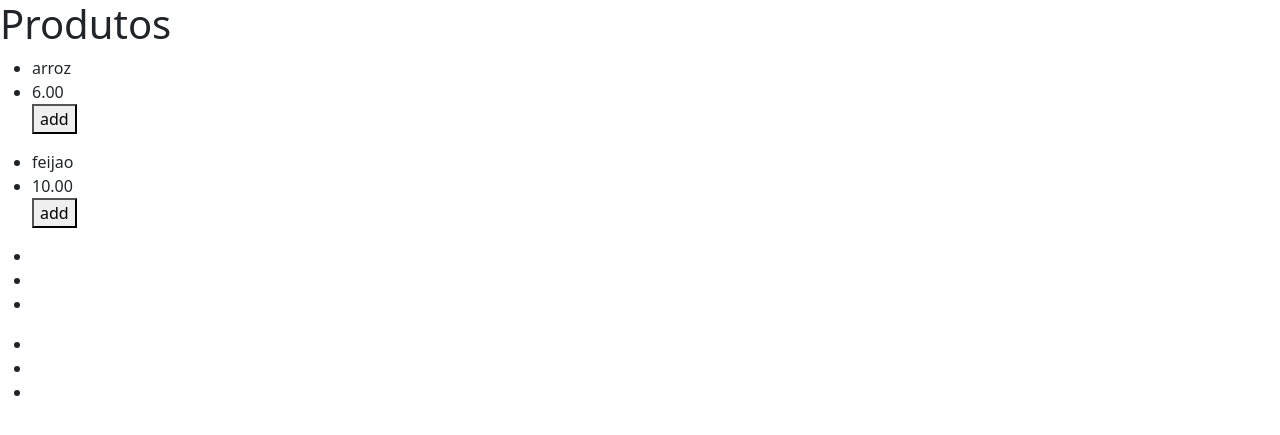
Repository: joaobatistafrontend/test-venda
Page: http://localhost/
These files come from the project's save history. The page is drawn as it stood at one moment and after the next save; the edit follows.
The browser window is 1280 px wide. The pictures show the whole page.
The page is served by the project's application, run on Django 4.2 (manage.py). Other server files are loaded and not shown. The page reads the database file committed with the project.

Above is the page before, as saved 2024-09-22 01:33:48.

### templates/index.html
<!DOCTYPE html>
<html lang="en">
<head>
    <meta charset="UTF-8">
    <meta name="viewport" content="width=device-width, initial-scale=1.0">
    <title>Document</title>
    <link href="https://cdn.jsdelivr.net/npm/bootstrap@5.3.3/dist/css/bootstrap.min.css" rel="stylesheet" integrity="sha384-QWTKZyjpPEjISv5WaRU9OFeRpok6YctnYmDr5pNlyT2bRjXh0JMhjY6hW+ALEwIH" crossorigin="anonymous">
</head>
<body>
    <h1>Produtos</h1>
    <div id="custom-alert" style="display: none; position: fixed; top: 20px; right: 20px; background-color: #4CAF50; color: white; padding: 15px; border-radius: 5px; z-index: 1000;"></div>

    {% for p in produtos %}
        <ul>
            <li>{{ p.nome }}</li>
            <li>{{ p.valor }}</li>

            <form action="{% url 'adicionar_ao_carrinho' p.id %}" method="post" style="display: inline;" class="add-to-cart-form" id="form-{{ produto.id }}">
                {% csrf_token %}
                <button type="submit" class="btn-default add-to-cart-btn">
                    add
                </button>

            </form>
        </ul>
    {% endfor %}
    {% for p in carinho %}
        <ul>
            <li>{{ p.nome }}</li>
            <li>{{ p.valor }}</li>
            <li>{{ p.valor }}</li>
        </ul>
    {% endfor %}
</body>
</html>

### core/models.py
from django.db import models
from django.db.models import Max
from decimal import Decimal
from django.db.models.signals import pre_save
from django.dispatch import receiver
from datetime import date
from django.utils import timezone


class NovaCategoria(models.Model):
    nome = models.CharField(max_length=100)
    def __str__(self) -> str:
        return f'{self.nome}'


class Produto(models.Model):
    nome = models.CharField(max_length=100, blank=True, null=True)
    valor = models.DecimalField(max_digits=10, decimal_places=2, blank=True, null=True)
    tipo_categoria = models.ForeignKey(NovaCategoria, on_delete=models.CASCADE)

    def __str__(self):
        return f"{self.nome} x {self.valor}"


class ItemDoCarrinho(models.Model):
    produto = models.ForeignKey(Produto, on_delete=models.CASCADE)
    quantidade = models.PositiveIntegerField(default=0)
    preco_total = models.DecimalField(max_digits=10, decimal_places=2, null=True, blank=True)

    def save(self, *args, **kwargs):
        # Calcula o preço total do item no carrinho com base no valor do produto
        self.preco_total = self.produto.valor * self.quantidade
        super(ItemDoCarrinho, self).save(*args, **kwargs)

    def __str__(self):
        return f"{self.quantidade} x {self.produto.nome}"

class Carrinho(models.Model):

    produto = models.ForeignKey(Produto, on_delete=models.CASCADE)
    quantidade = models.IntegerField(default=1)

    def save(self, *args, **kwargs):
        # Calcula o preço total do item no carrinho com base no valor do produto
        self.preco_total = self.produto.valor * self.quantidade
        super(Carrinho, self).save(*args, **kwargs)

    def __str__(self):
        return f"{self.quantidade} x {self.produto.nome}"


class Venda(models.Model):
    numero_venda = models.IntegerField()  # Número da venda por empresa
    data_venda = models.DateField(default=date.today)  # Data da venda

    def __str__(self):
        return f"Venda #{self.numero_venda} - {self.data_venda}"

class VendaDoProduto(models.Model):
    venda = models.ForeignKey(Venda, on_delete=models.CASCADE, related_name='itens', blank=True, null=True)
    produto = models.ForeignKey(Produto, on_delete=models.CASCADE)
    qtd = models.IntegerField(blank=True, null=True)
    data_venda = models.DateField()  # Remova auto_now_add=True
    total = models.DecimalField(max_digits=10, decimal_places=2, blank=True, null=True)

    def __str__(self):
        return f"Venda {self.venda} - Produto {self.produto.nome} - {self.qtd} unidades - Total: R${self.total} - Data {self.data_venda}"




# Função que será chamada antes de salvar uma instância de VendaDoProduto
@receiver(pre_save, sender=VendaDoProduto)
def update_total(sender, instance, **kwargs):
    # Verifica se o produto e a quantidade não são nulos e calcula o total
    if instance.produto.valor and instance.qtd:
        instance.total = instance.produto.valor * instance.qtd
    else:
        instance.total = 0  # Define total como 0 se valor ou qtd forem nulos

### core/views.py
from typing import Any
from django.http.response import HttpResponse as HttpResponse
from django.shortcuts import render
from .models import *
from django.views.generic import TemplateView
from django.shortcuts import render
from django.views.generic import TemplateView,CreateView,View,ListView,UpdateView,DeleteView
from django.shortcuts import render,redirect,HttpResponse
from django.urls import reverse_lazy
from django.dispatch import receiver
from django.contrib import messages
from django.shortcuts import render, get_object_or_404
from decimal import Decimal
from urllib.parse import urlencode
from django.http import HttpRequest
from django.db.models import Q

class IndexView(TemplateView):
    template_name = 'index.html'
    def get(self, request):
        produtos = Produto.objects.all()
        carinho =  ItemDoCarrinho.objects.all()

        return render(request, self.template_name, {'produtos':produtos, 'carinho': carinho})



def adicionar_ao_carrinho(request, produto_id):
    if request.method == 'POST':
        produto = get_object_or_404(Produto, pk=produto_id)

        # Verifica se já existe um item do carrinho para este produto
        item, created = ItemDoCarrinho.objects.get_or_create(produto=produto, defaults={'quantidade': 0})

        # Se o item já existe, incrementa a quantidade
        if not created:
            item.quantidade += 1
        else:
            item.quantidade = 1  # Se o item foi criado agora, inicializa a quantidade como 1

        # Calcula o preço total do item no carrinho com base no valor do produto
        item.preco_total = item.quantidade * produto.valor
        item.save()
        return redirect('index')
    else:
        return redirect('index')

### venda/urls.py
"""
URL configuration for venda project.

The `urlpatterns` list routes URLs to views. For more information please see:
    https://docs.djangoproject.com/en/4.2/topics/http/urls/
Examples:
Function views
    1. Add an import:  from my_app import views
    2. Add a URL to urlpatterns:  path('', views.home, name='home')
Class-based views
    1. Add an import:  from other_app.views import Home
    2. Add a URL to urlpatterns:  path('', Home.as_view(), name='home')
Including another URLconf
    1. Import the include() function: from django.urls import include, path
    2. Add a URL to urlpatterns:  path('blog/', include('blog.urls'))
"""
from django.contrib import admin
from django.urls import path, include

urlpatterns = [
    path('admin/', admin.site.urls),
    path('', include('core.urls')),
]

### core/urls.py
from django.urls import path
from .views import *
urlpatterns = [
    path('', IndexView.as_view(), name='index'),
    path('adicionar/<int:produto_id>/', adicionar_ao_carrinho, name='adicionar_ao_carrinho'),

]

### db.sqlite3 (the tables this page reads, as SQL)
CREATE TABLE "core_itemdocarrinho" ("id" integer NOT NULL PRIMARY KEY AUTOINCREMENT, "quantidade" integer unsigned NOT NULL CHECK ("quantidade" >= 0), "preco_total" decimal NULL, "produto_id" bigint NOT NULL REFERENCES "core_produto" ("id") DEFERRABLE INITIALLY DEFERRED);
INSERT INTO "core_itemdocarrinho" VALUES
(26, 2, 12, 1),
(27, 3, 30, 2);

CREATE TABLE "core_produto" ("id" integer NOT NULL PRIMARY KEY AUTOINCREMENT, "nome" varchar(100) NULL, "valor" decimal NULL, "tipo_categoria_id" bigint NOT NULL REFERENCES "core_novacategoria" ("id") DEFERRABLE INITIALLY DEFERRED);
INSERT INTO "core_produto" VALUES
(1, 'arroz', 6, 1),
(2, 'feijao', 10, 1);

After the next save:
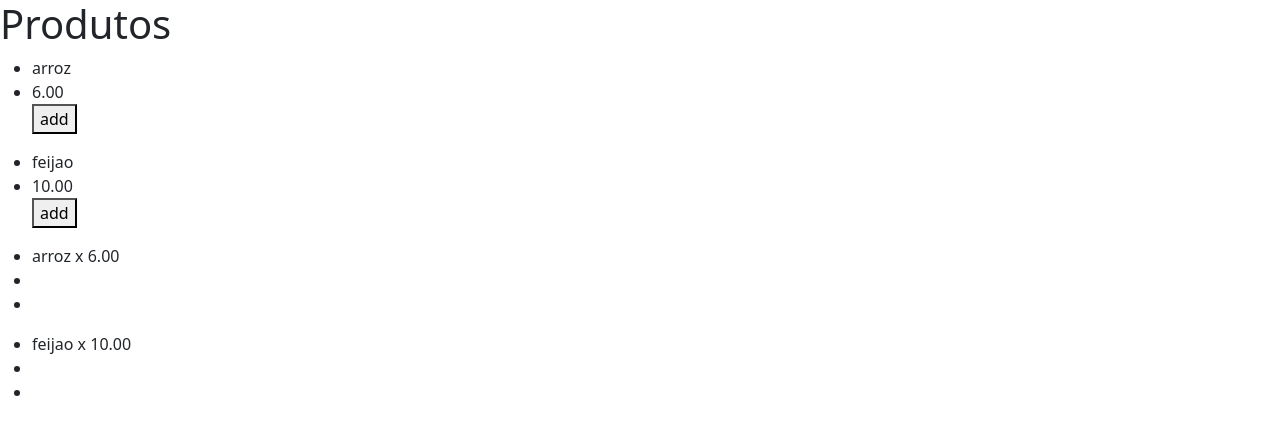
Saved 9 s later.
--- a/templates/index.html
+++ b/templates/index.html
@@ -26,7 +26,7 @@
     {% endfor %}
     {% for p in carinho %}
         <ul>
-            <li>{{ p.nome }}</li>
+            <li>{{ p.produto }}</li>
             <li>{{ p.valor }}</li>
             <li>{{ p.valor }}</li>
         </ul>
